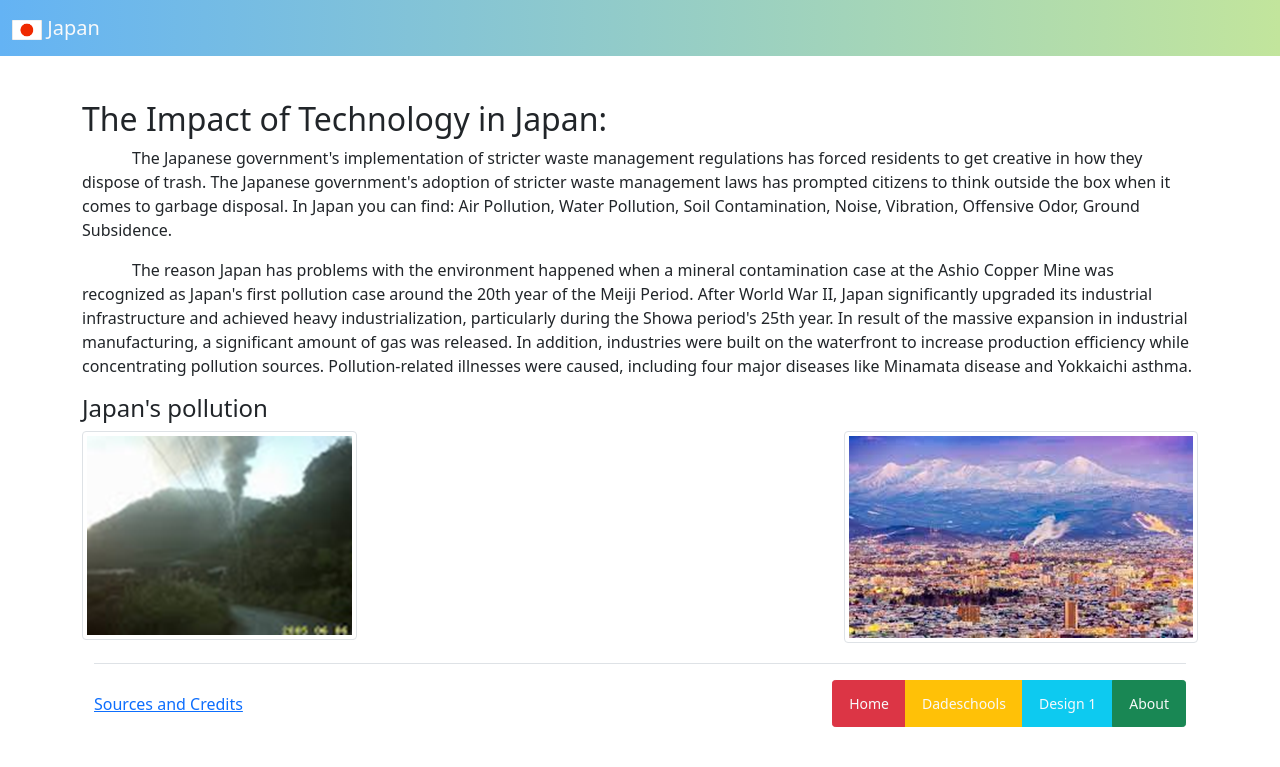
Repository: mrchilliballs/mrchilliballs.github.io
Page: untitled-2.html
These files come from the project's save history. The page is drawn as it stood at one moment and after a run of saves; the edit follows.
The browser window is 1280 px wide. The pictures show the whole page.

Above is the page before, as saved 2021-09-02 18:56:28.

After the next 2 saves:
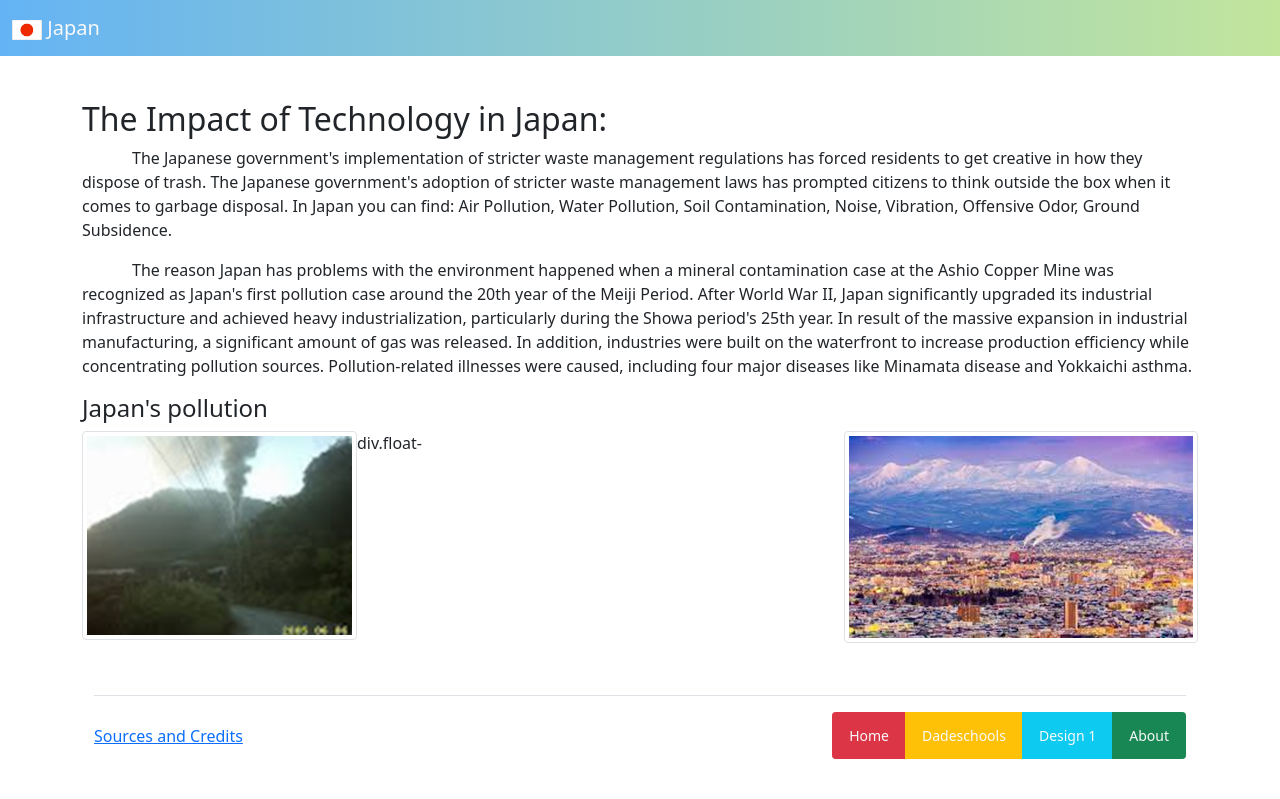
The 2 saves are shown as one change because they came seconds apart.
The last was saved 16 s later.
--- a/untitled-2.html
+++ b/untitled-2.html
@@ -36,6 +36,7 @@
 	<br></p><p style="text-indent: 50px;">The reason Japan has problems with the environment happened when a mineral contamination case at the Ashio Copper Mine was recognized as Japan's first pollution case around the 20th year of the Meiji Period. After World War II, Japan significantly upgraded its industrial infrastructure and achieved heavy industrialization, particularly during the Showa period's 25th year. In result of the massive expansion in industrial manufacturing, a significant amount of gas was released. In addition, industries were built on the waterfront to increase production efficiency while concentrating pollution sources. Pollution-related illnesses were caused, including four major diseases like Minamata disease and Yokkaichi asthma.
     </p>
     <h4>Japan's pollution</h4>
+    div.float-
     <img src="Picture3.png" class="rounded float-start img-thumbnail img-fluid" alt="...">
     <img src="Picture4.png" class="rounded float-end img-thumbnail img-fluid" alt="...">
     <div style="margin-bottom: 15rem;"></div>

After the save that followed:
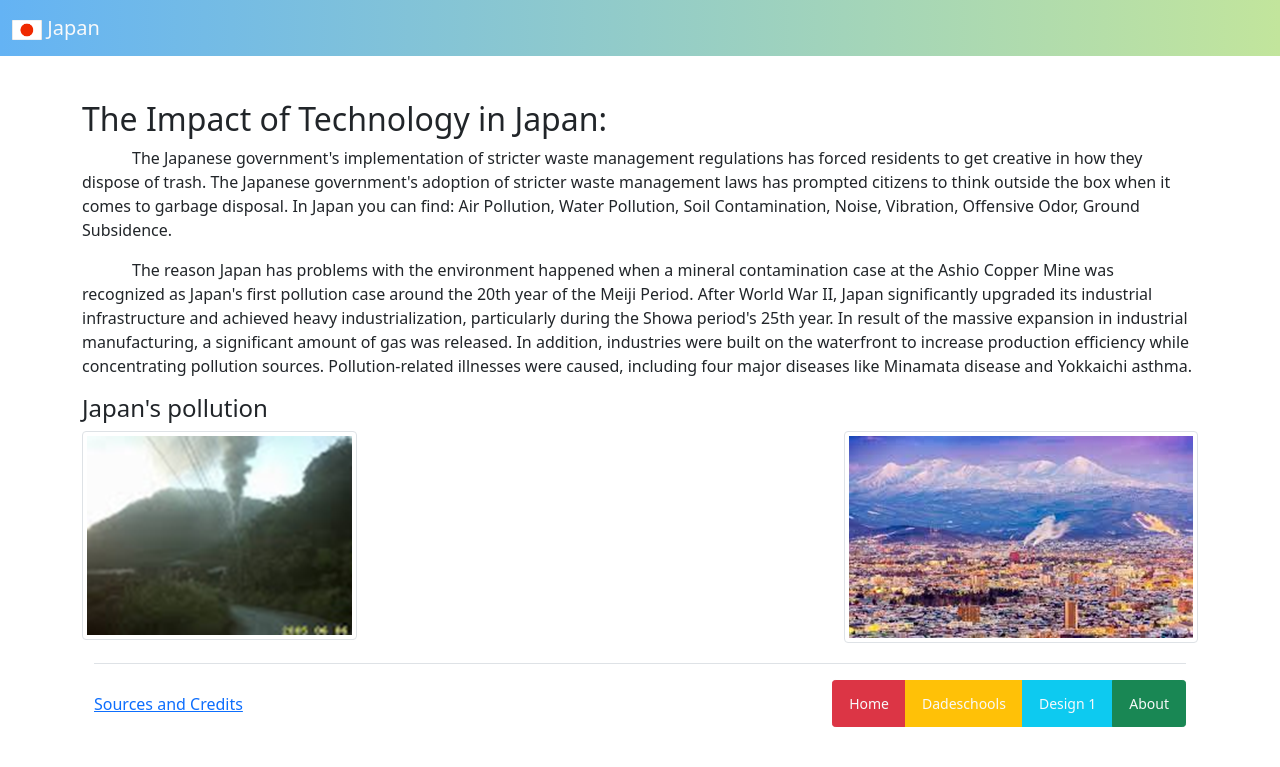
Saved 9 s later.
--- a/untitled-2.html
+++ b/untitled-2.html
@@ -36,7 +36,7 @@
 	<br></p><p style="text-indent: 50px;">The reason Japan has problems with the environment happened when a mineral contamination case at the Ashio Copper Mine was recognized as Japan's first pollution case around the 20th year of the Meiji Period. After World War II, Japan significantly upgraded its industrial infrastructure and achieved heavy industrialization, particularly during the Showa period's 25th year. In result of the massive expansion in industrial manufacturing, a significant amount of gas was released. In addition, industries were built on the waterfront to increase production efficiency while concentrating pollution sources. Pollution-related illnesses were caused, including four major diseases like Minamata disease and Yokkaichi asthma.
     </p>
     <h4>Japan's pollution</h4>
-    div.float-
+    <div class="float-start"></div>
     <img src="Picture3.png" class="rounded float-start img-thumbnail img-fluid" alt="...">
     <img src="Picture4.png" class="rounded float-end img-thumbnail img-fluid" alt="...">
     <div style="margin-bottom: 15rem;"></div>
